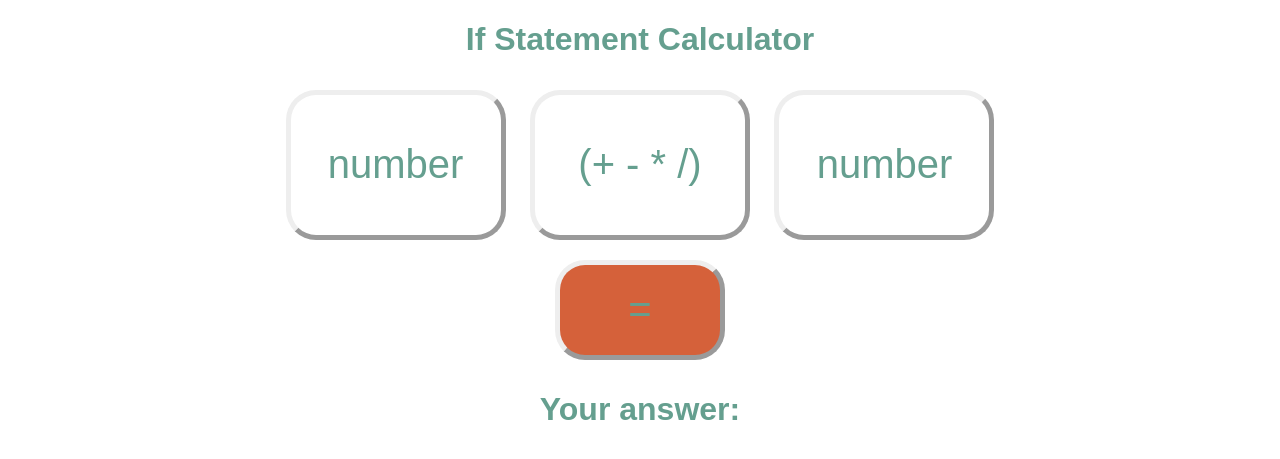
Repository: WesleyErasmus/threeInputCalculator
Page: html/if-calculator.html
These files come from the project's save history. The page is drawn as it stood at one moment and after the next save; the edit follows.
The browser window is 1280 px wide. The pictures show the whole page.

Above is the page before, as saved 2022-04-27 22:42:03.

### html/if-calculator.html
<!DOCTYPE html>
<html lang="en">
<head>
    <meta charset="UTF-8">
    <meta http-equiv="X-UA-Compatible" content="IE=edge">
    <meta name="viewport" content="width=device-width, initial-scale=1.0">
    <title>JS If Calculator</title>
    <link rel="stylesheet" href="/css/stylesheet.css">
    <script src="/js/if-calculator.js"></script>
</head>
<body>

<center>
    <form onsubmit="return false;">
        <h1>If Statement Calculator</h1>
         <input id="input1" type="text" name = "input1" placeholder="number"> <!-- input-1 -->
         <input id="input3" type="text" name = "input3" placeholder="(+ - * /)"> <!-- input-3 (operator) -->
         <input id="input2" type="text" name = "input2" placeholder="number"> <!-- input-2 -->
        <div>
         <button onclick="sum()">=</button>
        </div>
         <h1>Your answer:</h1>
         <p id="output"></p>
    </form>
</center>
</body>
</html>

### css/stylesheet.css
body {
font-family: sans-serif;
}
h1 {
    color: #659f8f;
}
form {
display: block;
margin: 0 auto;
}
input {
    /* background-color: #9e9e9e; */
    width: 170px;
    height: 100px;
    padding: 20px;
    margin: 10px;
    text-align: center;
    font-size: 40px;
    border-radius: 30px;
    border: 5px outset;
}
button {
    background-color: #d5613a;
    color: #659f8f;
    width: 170px;
    height: 100px;
    padding: 0;
    margin: 10px;
    font-size: 40px;
    border-radius: 30px;
    border: 5px outset;
}
p {
    text-align: center;
    margin: 10px;
    padding: 20px;
    font-size: 75px;
    border-radius: 10px;
    color: #d5613a;
}
::placeholder {
    color: #659f8f;
}

### js/if-calculator.js
function sum() {
const num1 = document.getElementById("input1").value;
const num2 = document.getElementById("input2").value;
const operator = document.getElementById("input3").value;
const output = document.getElementById("output").value;
  let answer;
  document.getElementById("output").value;
  if (operator == '+') {
    answer = +num1 + +num2;
    document.getElementById("output").innerHTML = answer;
  } else if (operator == '-') {
    answer = num1 - num2;
    document.getElementById("output").innerHTML = answer;
  } else if (operator == '*') {
    answer = num1 * num2;
    document.getElementById("output").innerHTML = answer;
  } else {
    answer = num1 / num2;
    document.getElementById("output").innerHTML = answer;
  }console.log(answer);
}

After the next save:
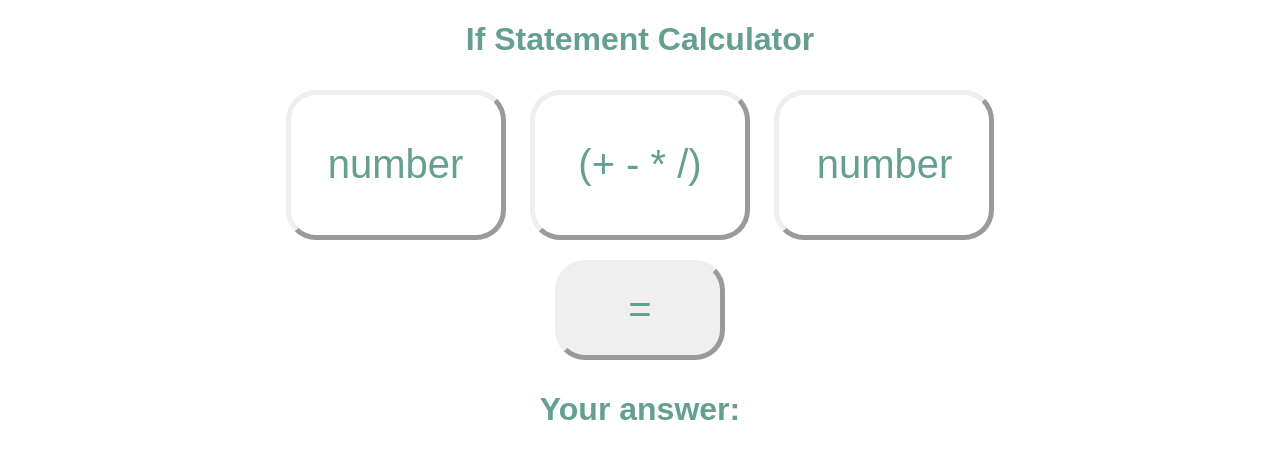
Saved 12 s later.
--- a/css/stylesheet.css
+++ b/css/stylesheet.css
@@ -20,7 +20,7 @@ input {
     border: 5px outset;
 }
 button {
-    background-color: #d5613a;
+    /* background-color: #d5613a; */
     color: #659f8f;
     width: 170px;
     height: 100px;
